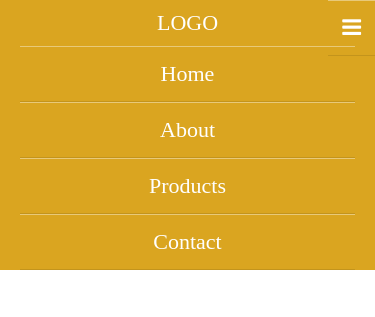
Repository: albayrakfatih/Flex-Navbar
Page: navbar-w-flexbox.html
The author's editor kept a copy of each file at every save. The page is drawn from the files as they stood at one save, then again after the next save.
The browser window is 375 px wide. The pictures show the whole page.

Above is the page before, as saved 2023-05-09 20:25:10.

After the next save:
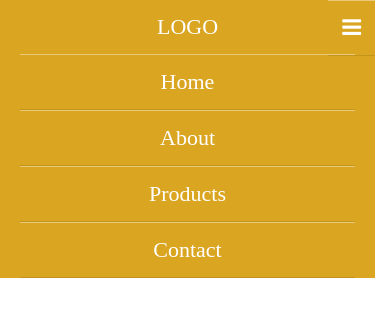
Saved 13 s later.
--- a/styles.css
+++ b/styles.css
@@ -43,7 +43,7 @@ nav a{
         position: relative;
     }
     nav a{
-        padding: 10px;
+        padding: 14px;
     }
 
     .navigation{
